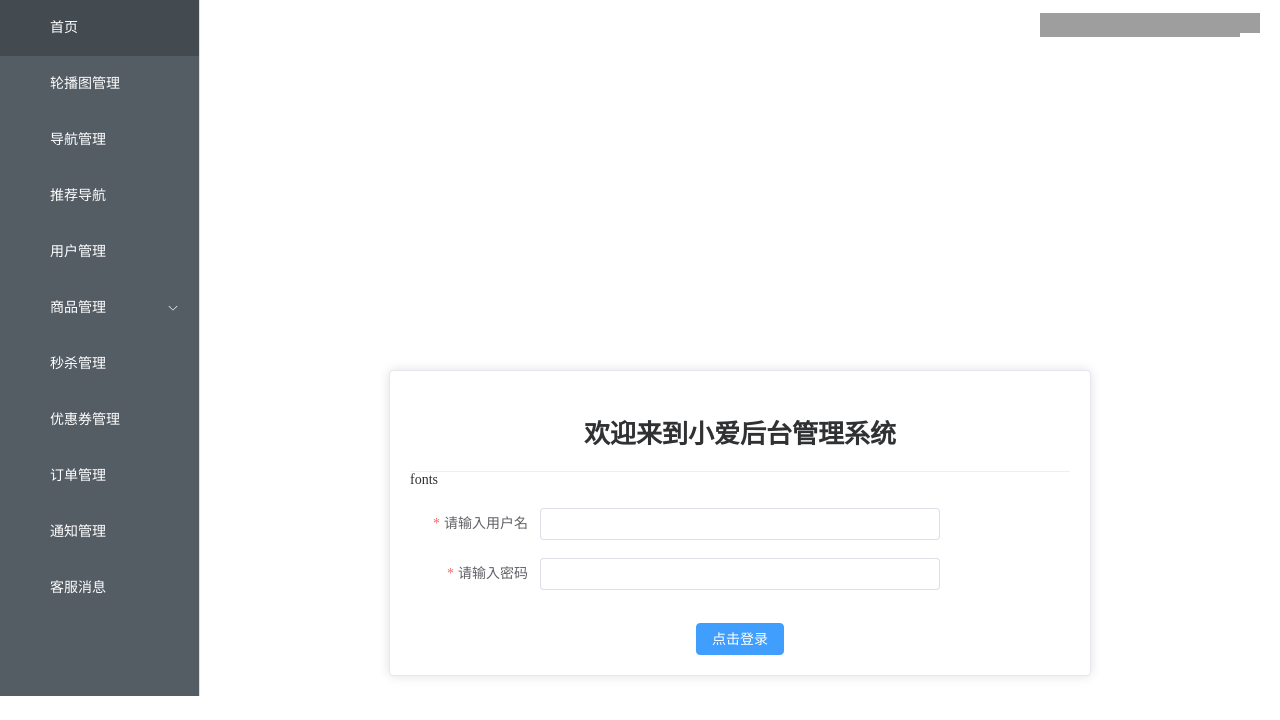
Repository: xinwuhao/CCG
Page: /notice
These files come from the project's save history. The page is drawn as it stood at one moment and after the next save; the edit follows.
The browser window is 1280 px wide. The pictures show the whole page.
Pictures or frames that could not be fetched are drawn as grey boxes. The project was rebuilt for these pictures with package versions that can differ from the ones it lists, and the page was loaded fresh each time. Also part of the build but not shown: vite.config.ts.

Above is the page before, as saved 2021-09-22 11:58:18.

After the next save:
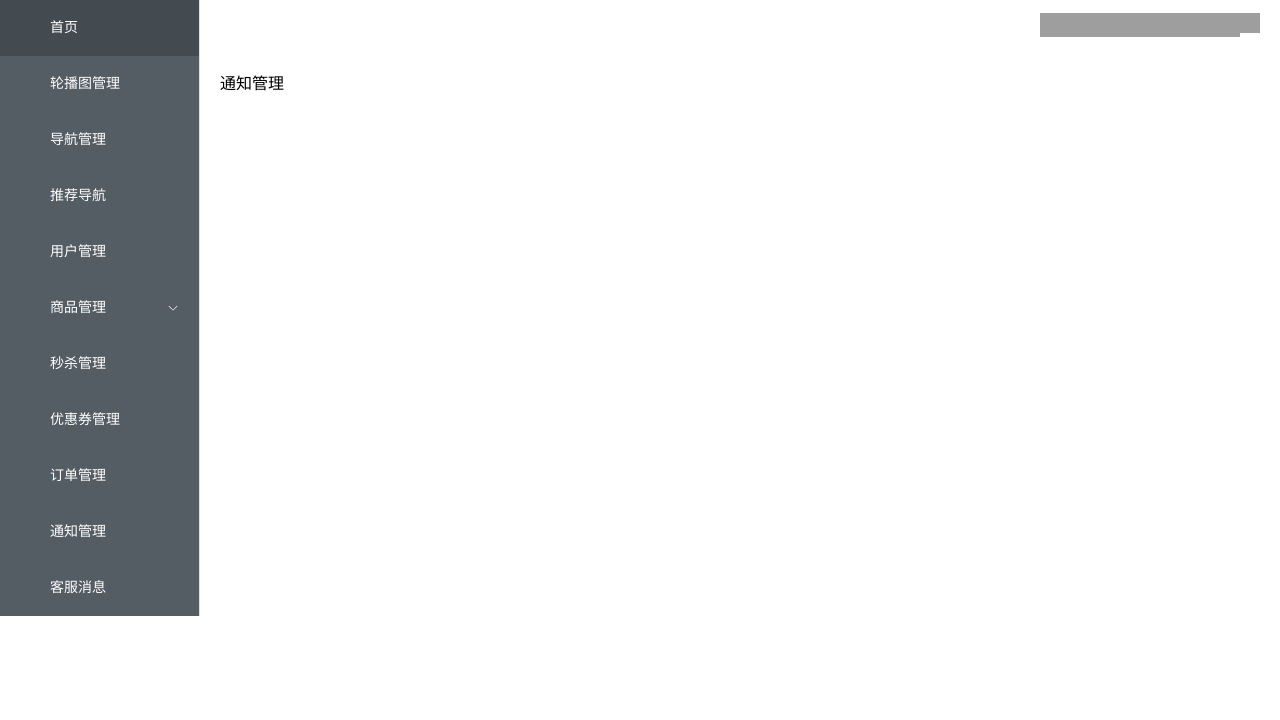
Saved 8 s later.
--- a/src/views/notice/notice.vue
+++ b/src/views/notice/notice.vue
@@ -1,131 +1,9 @@
 <template>
-  <div class="box">
-    <el-card class="box-card">
-      <div class="text item">
-        <div class="fontTile">欢迎来到小爱后台管理系统</div>
-        <div>fonts</div>
-        <!-- 表单 -->
-        <div class="urename">
-          <el-form
-            :model="user"
-            :rules="rules"
-            ref="ruleForm"
-            label-width="130px"
-            class="demo-ruleForm"
-          >
-            <el-form-item label="请输入用户名" prop="username">
-              <el-input v-model="user.username" class="inpud"></el-input>
-            </el-form-item>
-            <el-form-item label="请输入密码" prop="password">
-              <el-input v-model="user.password" class="inpud"></el-input>
-            </el-form-item>
-          </el-form>
-        </div>
-        <!-- 登录按钮 -->
-        <div class="buttop">
-          <el-button type="primary" @click="getlong">点击登录</el-button>
-        </div>
-      </div>
-    </el-card>
-  </div>
+  <div>通知管理</div>
 </template>
 
 <script setup lang="ts">
-import { defineComponent, ref } from "vue";
-import api from "../../http/aip";
-import { ElMessage } from "element-plus";
-import { useRoute, useRouter } from "vue-router";
-interface Obj {
-  username: string;
-  password: string;
-}
-
-// 定义变量
-let user = ref<Obj>({
-  username: "",
-  password: "",
-});
-let router = useRouter();
-
-let rules = ref<any>({
-  username: [
-    { required: true, message: "请输入用户名", trigger: "blur" },
-    { min: 3, max: 5, message: "长度在 3 到 5 个字符", trigger: "blur" },
-  ],
-  password: [
-    { required: true, message: "请输入密码", trigger: "blur" },
-    { min: 3, max: 8, message: "长度在 3 到 8 个字符", trigger: "blur" },
-  ],
-});
-// 点击确定
-let getlong = () => {
-  api
-    .login({
-      // 用户名
-      username: user.value.username,
-      // 密码
-      password: user.value.password,
-    })
-    .then((res: any) => {
-      if (res.code === 200) {
-        localStorage.setItem("token", res.token);
-        localStorage.setItem("uname", JSON.stringify(res.data));
-        router.push("/");
-        ElMessage.success({
-          message: res.msg,
-          type: "success",
-        });
-      } else {
-        ElMessage.error(res.msg);
-      }
-    })
-    .catch((err: any) => {
-      console.log(err);
-    });
-};
 </script>
 
 <style scoped>
-.box {
-  display: flex;
-  justify-content: center;
-  align-content: center;
-}
-.text {
-  font-size: 14px;
-}
-
-.box-card {
-  width: 700px;
-  margin-top: 300px;
-}
-.fontTile {
-  height: 80px;
-  font-size: 26px;
-  font-weight: bold;
-  display: flex;
-  align-items: center;
-  justify-content: center;
-  border-bottom: 1px #eeeeee solid;
-}
-.inpud {
-  width: 400px;
-}
-.buttop {
-  margin-top: 15px;
-  display: flex;
-  align-items: center;
-  justify-content: center;
-}
-.fonts {
-  font-size: 14px;
-  display: flex;
-  align-items: center;
-  justify-content: center;
-}
-.urename {
-  display: flex;
-  flex-direction: column;
-  margin-top: 20px;
-}
 </style>

After the save that followed:
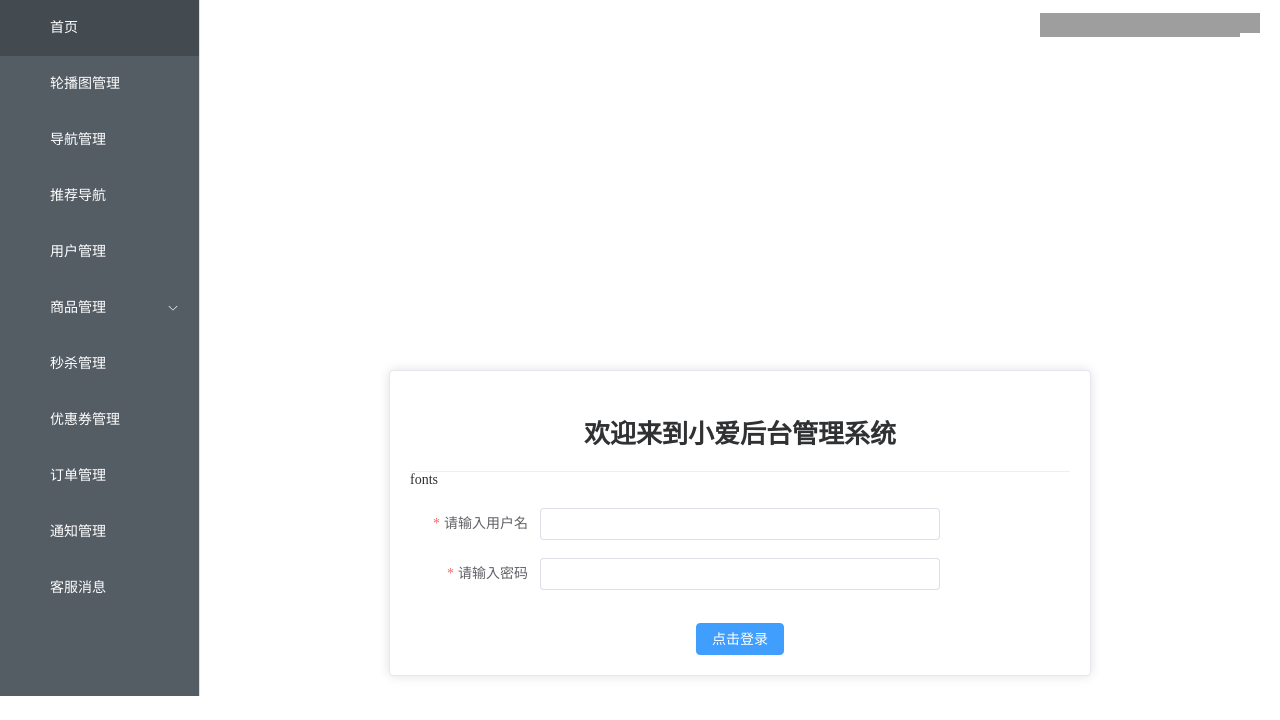
Saved 12 s later.
--- a/src/views/notice/notice.vue
+++ b/src/views/notice/notice.vue
@@ -1,9 +1,131 @@
 <template>
-  <div>通知管理</div>
+  <div class="box">
+    <el-card class="box-card">
+      <div class="text item">
+        <div class="fontTile">欢迎来到小爱后台管理系统</div>
+        <div>fonts</div>
+        <!-- 表单 -->
+        <div class="urename">
+          <el-form
+            :model="user"
+            :rules="rules"
+            ref="ruleForm"
+            label-width="130px"
+            class="demo-ruleForm"
+          >
+            <el-form-item label="请输入用户名" prop="username">
+              <el-input v-model="user.username" class="inpud"></el-input>
+            </el-form-item>
+            <el-form-item label="请输入密码" prop="password">
+              <el-input v-model="user.password" class="inpud"></el-input>
+            </el-form-item>
+          </el-form>
+        </div>
+        <!-- 登录按钮 -->
+        <div class="buttop">
+          <el-button type="primary" @click="getlong">点击登录</el-button>
+        </div>
+      </div>
+    </el-card>
+  </div>
 </template>
 
 <script setup lang="ts">
+import { defineComponent, ref } from "vue";
+import api from "../../http/aip";
+import { ElMessage } from "element-plus";
+import { useRoute, useRouter } from "vue-router";
+interface Obj {
+  username: string;
+  password: string;
+}
+
+// 定义变量
+let user = ref<Obj>({
+  username: "",
+  password: "",
+});
+let router = useRouter();
+
+let rules = ref<any>({
+  username: [
+    { required: true, message: "请输入用户名", trigger: "blur" },
+    { min: 3, max: 5, message: "长度在 3 到 5 个字符", trigger: "blur" },
+  ],
+  password: [
+    { required: true, message: "请输入密码", trigger: "blur" },
+    { min: 3, max: 8, message: "长度在 3 到 8 个字符", trigger: "blur" },
+  ],
+});
+// 点击确定
+let getlong = () => {
+  api
+    .login({
+      // 用户名
+      username: user.value.username,
+      // 密码
+      password: user.value.password,
+    })
+    .then((res: any) => {
+      if (res.code === 200) {
+        localStorage.setItem("token", res.token);
+        localStorage.setItem("uname", JSON.stringify(res.data));
+        router.push("/");
+        ElMessage.success({
+          message: res.msg,
+          type: "success",
+        });
+      } else {
+        ElMessage.error(res.msg);
+      }
+    })
+    .catch((err: any) => {
+      console.log(err);
+    });
+};
 </script>
 
 <style scoped>
+.box {
+  display: flex;
+  justify-content: center;
+  align-content: center;
+}
+.text {
+  font-size: 14px;
+}
+
+.box-card {
+  width: 700px;
+  margin-top: 300px;
+}
+.fontTile {
+  height: 80px;
+  font-size: 26px;
+  font-weight: bold;
+  display: flex;
+  align-items: center;
+  justify-content: center;
+  border-bottom: 1px #eeeeee solid;
+}
+.inpud {
+  width: 400px;
+}
+.buttop {
+  margin-top: 15px;
+  display: flex;
+  align-items: center;
+  justify-content: center;
+}
+.fonts {
+  font-size: 14px;
+  display: flex;
+  align-items: center;
+  justify-content: center;
+}
+.urename {
+  display: flex;
+  flex-direction: column;
+  margin-top: 20px;
+}
 </style>
